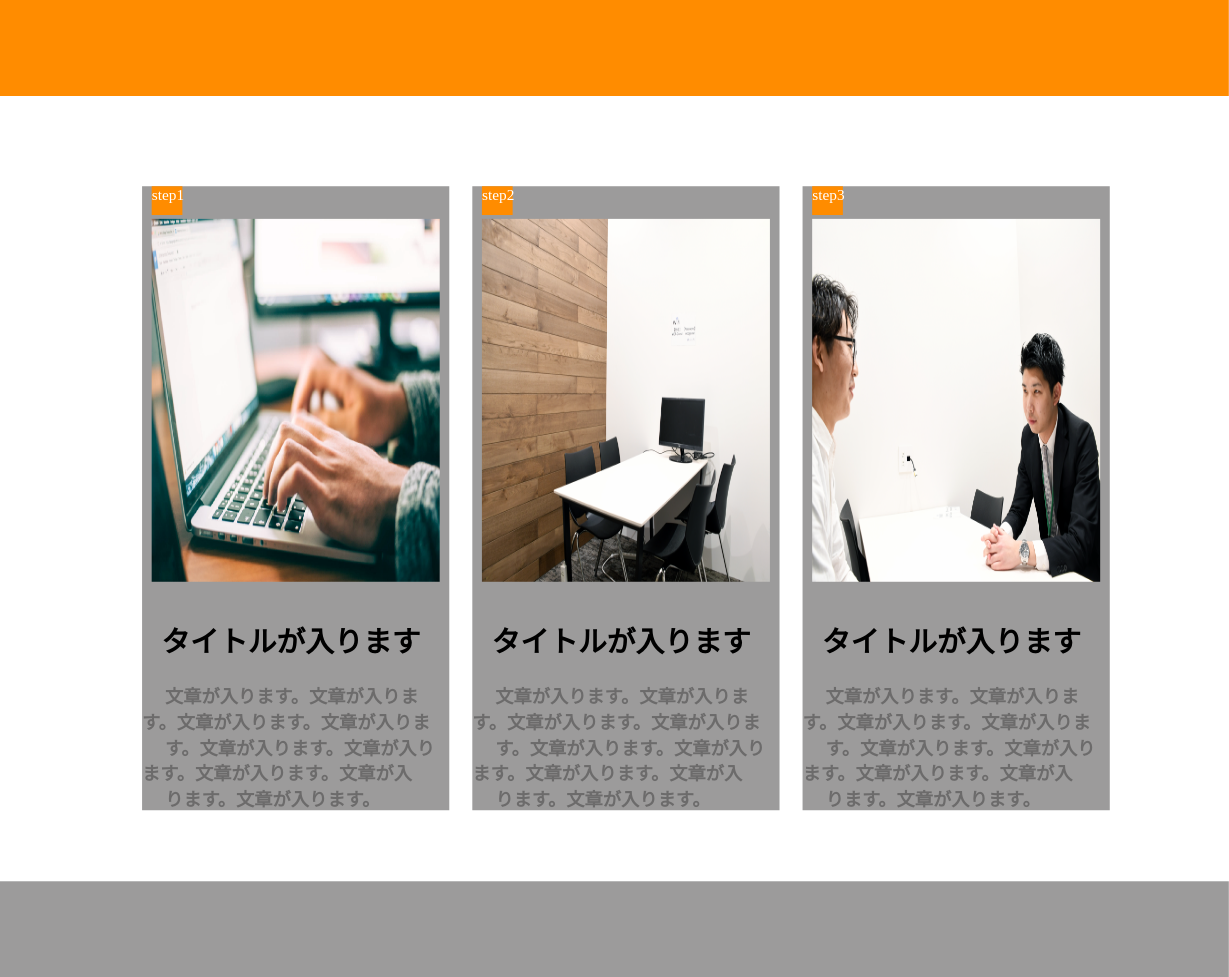
Repository: shiotaryuto/kadai1-10
Page: 課題/課題.html
The author's editor kept a record of every edit. The page is drawn from the files as they stood at one moment, then again after the next edit.
The browser window is 1280 px wide. The pictures show the whole page, at 96% of full size.
Some web libraries are served in a nearby version.

Above is the page before.

After the next edit:
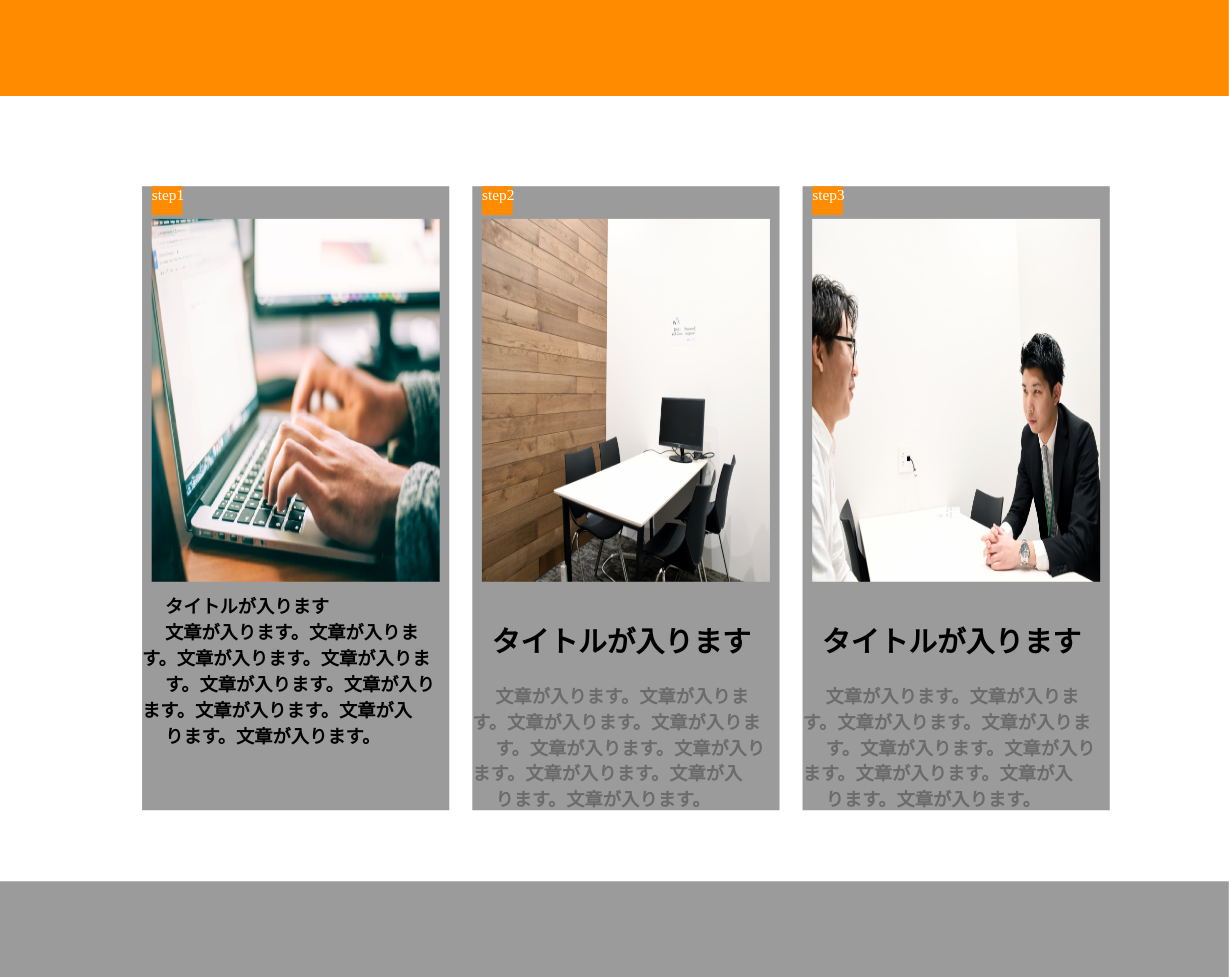
The edit:
--- a/課題/課題.html
+++ b/課題/課題.html
@@ -17,8 +17,8 @@
 　    <div class="step1-heading">step1</div>
 　     <div class="step1-item">
 　        <h3 class="step1-text-heading">
-　          <p>タイトルが入ります</p></br>
-　         <P1> 文章が入ります。文章が入ります。文章が入ります。文章が入りま
+　          タイトルが入ります</br>
+　         文章が入ります。文章が入ります。文章が入ります。文章が入りま
 　          す。文章が入ります。文章が入ります。文章が入ります。文章が入
 　          ります。文章が入ります。</p1>
 　          </h2>
